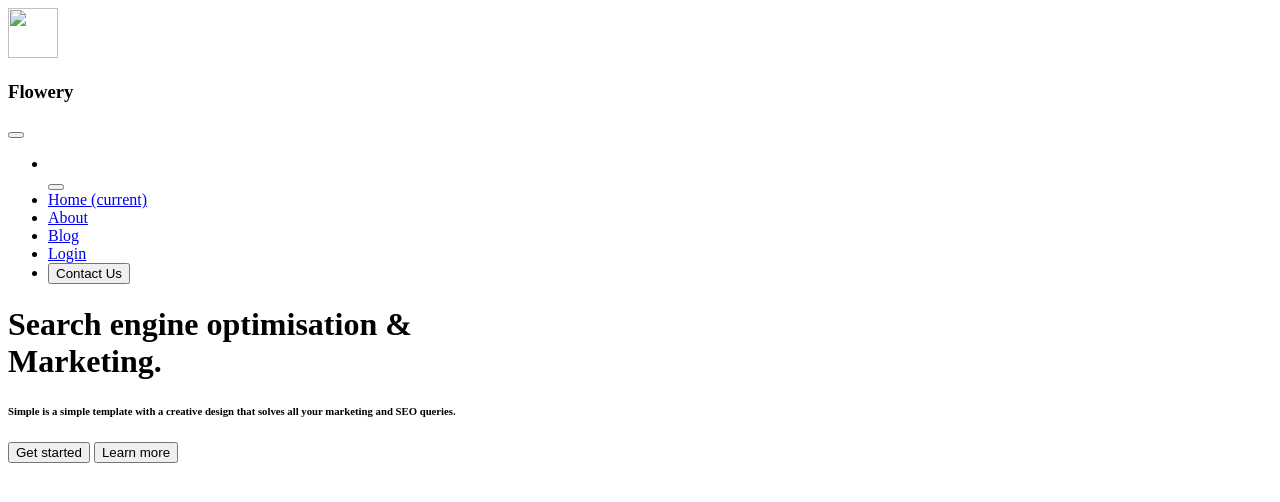
Repository: sara55m/Login
Page: http://localhost/welcome
An editor plug-in stored every save of this project. The page is shown before and after the next save, followed by the edit.
The browser window is 1280 px wide. The pictures show the whole page.
The page is served by the project's Laravel application, run on PHP 8.4 with Laravel 10. Other server files are loaded and not shown.

Above is the page before, as saved 2024-03-03 21:41:07.

### routes/web.php
<?php

use Illuminate\Support\Facades\Route;
use App\Http\Controllers\RegisterController;
use App\Http\Controllers\LoginController;

/*
|--------------------------------------------------------------------------
| Web Routes
|--------------------------------------------------------------------------
|
| Here is where you can register web routes for your application. These
| routes are loaded by the RouteServiceProvider and all of them will
| be assigned to the "web" middleware group. Make something great!
|
*/

Route::get('/welcome', function () {
    return view('welcome');
});


Route::get('/register', [RegisterController::class,'create']);


Route::post('/register/store', [RegisterController::class,'store']);

Route::get('/login', [LoginController::class,'create']);

Route::post('/login/store', [LoginController::class,'store']);

### resources/views/welcome.blade.php
<!DOCTYPE html>
<html lang="en">
<head>
  <title>Simple landing page</title>
  <meta charset="UTF-8">
  <meta name="viewport" content="width=device-width, initial-scale=1.0">
  <meta http-equiv="X-UA-Compatible" content="ie=edge">
  {{-- <link rel="stylesheet" href="vendors/owl-carousel/css/owl.carousel.min.css">
  <link rel="stylesheet" href="vendors/owl-carousel/css/owl.theme.default.css">
  <link rel="stylesheet" href="vendors/mdi/css/materialdesignicons.min.css">
  <link rel="stylesheet" href="vendors/aos/css/aos.css"> --}}
  <link rel="stylesheet" href="css/style.min.css">
</head>
<body id="body" data-spy="scroll" data-target=".navbar" data-offset="100">
  <header id="header-section">
    <nav class="navbar navbar-expand-lg pl-3 pl-sm-0" id="navbar">
    <div class="container">
      <div class="navbar-brand-wrapper d-flex w-100">
        <img src="images/plant2.png" height="50" width="50"  alt="">
        <h3 class="nav-link">Flowery</h3>
        <button class="navbar-toggler ml-auto" type="button" data-toggle="collapse" data-target="#navbarSupportedContent" aria-controls="navbarSupportedContent" aria-expanded="false" aria-label="Toggle navigation">
          <span class="mdi mdi-menu navbar-toggler-icon"></span>
        </button>
      </div>
      <div class="collapse navbar-collapse navbar-menu-wrapper" id="navbarSupportedContent">
        <ul class="navbar-nav align-items-lg-center align-items-start ml-auto">
          <li class="d-flex align-items-center justify-content-between pl-4 pl-lg-0">
            <div class="navbar-collapse-logo">
              <img src="images/Group2.svg" alt="">
            </div>
            <button class="navbar-toggler close-button" type="button" data-toggle="collapse" data-target="#navbarSupportedContent" aria-controls="navbarSupportedContent" aria-expanded="false" aria-label="Toggle navigation">
              <span class="mdi mdi-close navbar-toggler-icon pl-5"></span>
            </button>
          </li>
          <li class="nav-item">
            <a class="nav-link" href="#header-section">Home <span class="sr-only">(current)</span></a>
          </li>
          <li class="nav-item">
            <a class="nav-link" href="#features-section">About</a>
          </li>
          <li class="nav-item">
            <a class="nav-link" href="#digital-marketing-section">Blog</a>
          </li>
          <li class="nav-item">
            <a class="nav-link" href="/login">Login</a>
          </li>
          <li class="nav-item btn-contact-us pl-4 pl-lg-0">
            <button class="btn btn-info" data-toggle="modal" data-target="#exampleModal">Contact Us</button>
          </li>
        </ul>
      </div>
    </div>
    </nav>
  </header>
  <div class="banner" >
    <div class="container">
      <h1 class="font-weight-semibold">Search engine optimisation &<br>Marketing.</h1>
      <h6 class="font-weight-normal text-muted pb-3">Simple is a simple template with a creative design that solves all your marketing and SEO queries.</h6>
      <div>
        <button class="btn btn-opacity-light mr-1">Get started</button>
        <button class="btn btn-opacity-success ml-1">Learn more</button>
      </div>
      <img src="images/Group171.svg" alt="" class="img-fluid">
    </div>
  </div>

  {{-- <script src="vendors/jquery/jquery.min.js"></script>
  <script src="vendors/bootstrap/bootstrap.min.js"></script>
  <script src="vendors/owl-carousel/js/owl.carousel.min.js"></script>
  <script src="vendors/aos/js/aos.js"></script> --}}
  <script src="js/landingpage.js"></script>
</body>
</html>

After the next save:
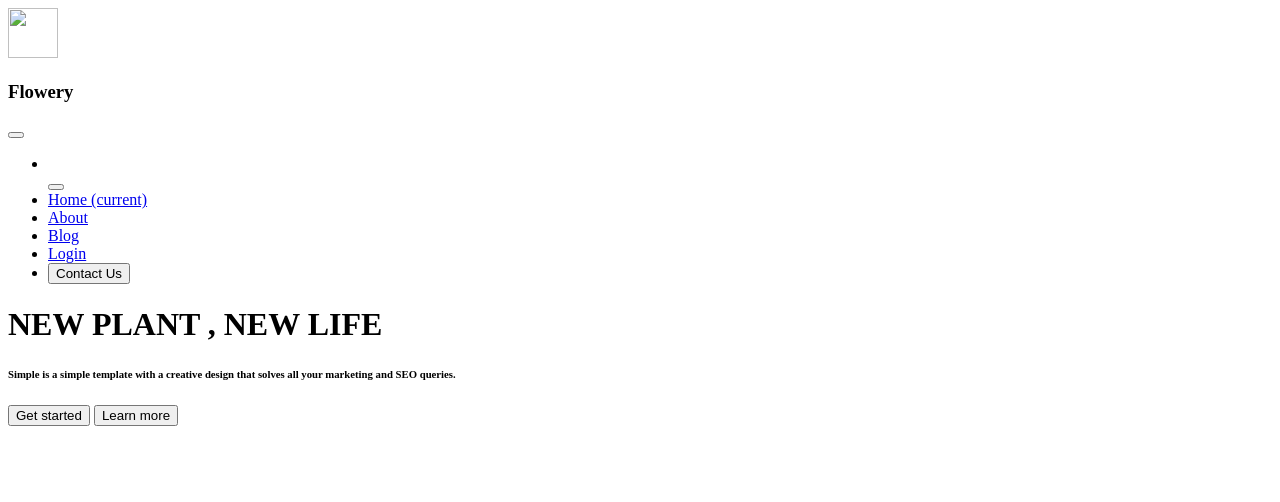
Saved 113 s later.
--- a/resources/views/welcome.blade.php
+++ b/resources/views/welcome.blade.php
@@ -54,7 +54,7 @@
   </header>
   <div class="banner" >
     <div class="container">
-      <h1 class="font-weight-semibold">Search engine optimisation &<br>Marketing.</h1>
+      <h1 class="font-weight-semibold">NEW PLANT , NEW LIFE</h1>
       <h6 class="font-weight-normal text-muted pb-3">Simple is a simple template with a creative design that solves all your marketing and SEO queries.</h6>
       <div>
         <button class="btn btn-opacity-light mr-1">Get started</button>
